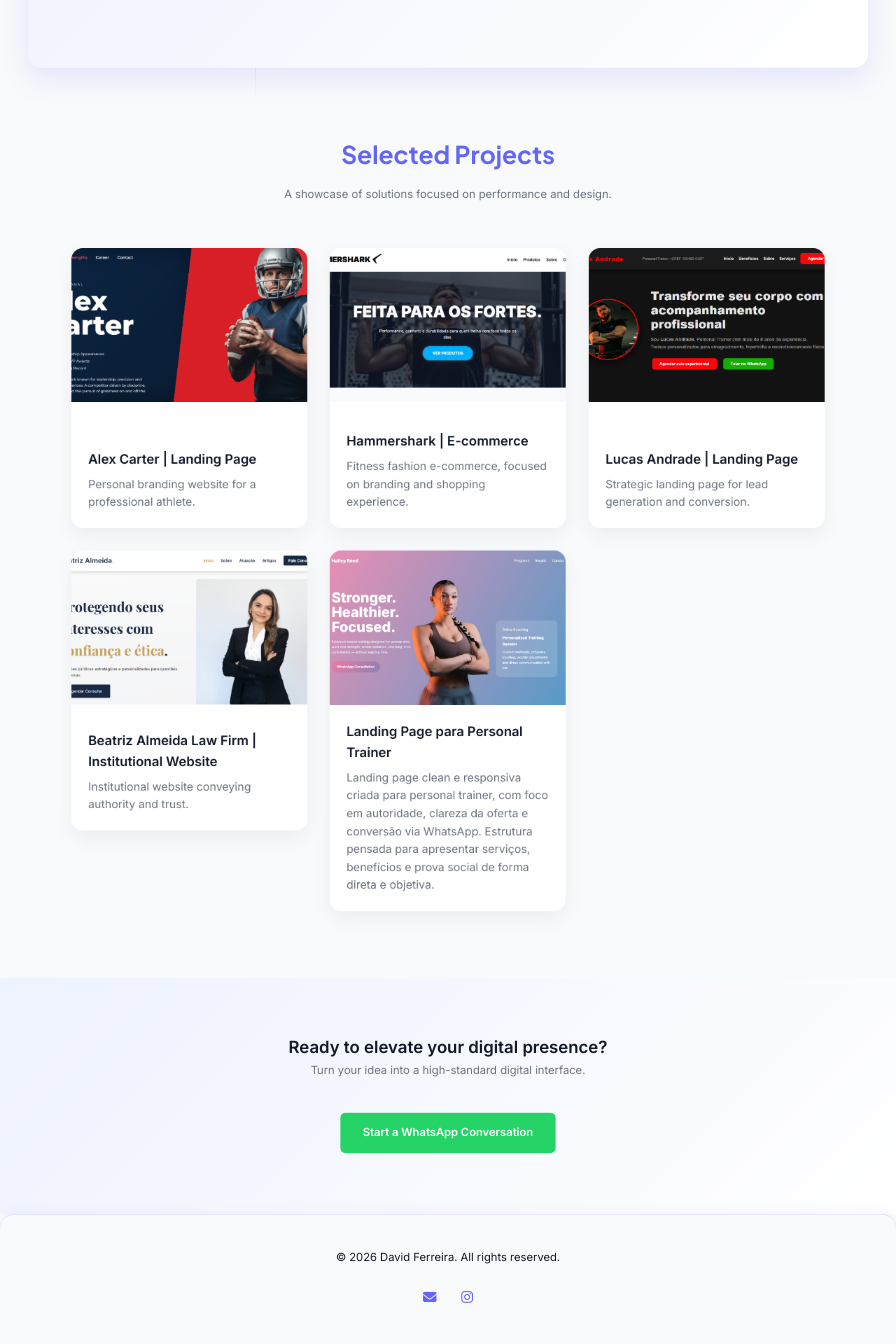
Repository: davidfsillva/portifolio
Page: index.html
These files come from the project's save history. The page is drawn as it stood at one moment and after the next save; the edit follows.
The browser window is 1280 px wide. The pictures show the part of the page from y = 1128 to 3048 px (the page is 3048 px tall), at 70% of full size.

Above is the page before, as saved 2026-02-13 13:20:29.
Console error: TypeError: Cannot read properties of null (reading 'addEventListener')

### index.html
<!DOCTYPE html>
<html lang="en">
<head>
    <meta charset="UTF-8">
    <meta name="viewport" content="width=device-width, initial-scale=1.0">

    <title>David Ferreira | Front-end Developer & Premium UI Designer</title>

    <!-- Primary SEO -->
    <meta name="description" content="David Ferreira is a front-end developer specialized in premium interfaces, high-conversion landing pages, and modern digital experiences.">
    <meta name="keywords" content="Front-end Developer, Web Designer, UI Designer, Landing Page, Web Development, Freelancer Brazil">
    <meta name="author" content="David Ferreira">
    <meta name="robots" content="index, follow">
    <link rel="canonical" href="https://yourdomain.com/">

    <!-- Open Graph (Facebook, LinkedIn) -->
    <meta property="og:title" content="David Ferreira | Premium Front-end Developer">
    <meta property="og:description" content="High-standard digital interfaces focused on performance and conversion.">
    <meta property="og:image" content="https://yourdomain.com/preview.jpg">
    <meta property="og:url" content="https://yourdomain.com/">
    <meta property="og:type" content="website">

    <!-- Twitter Card -->
    <meta name="twitter:card" content="summary_large_image">
    <meta name="twitter:title" content="David Ferreira | Web Developer">
    <meta name="twitter:description" content="Premium web development focused on performance and modern design.">
    <meta name="twitter:image" content="https://yourdomain.com/preview.jpg">

    <!-- Favicon -->
    <link rel="icon" href="favicon.ico" type="image/x-icon">

    <!-- Fonts -->
    <link href="https://fonts.googleapis.com/css2?family=Inter:wght@300;400;600&family=Plus+Jakarta+Sans:wght@700;800&display=swap" rel="stylesheet">

    <!-- Font Awesome -->
    <link rel="stylesheet" href="https://cdnjs.cloudflare.com/ajax/libs/font-awesome/6.5.0/css/all.min.css" integrity="sha512-..." crossorigin="anonymous" referrerpolicy="no-referrer" />

    <link rel="stylesheet" href="style.css">
</head>

<body>

    <!-- NAVBAR -->
    <nav class="navbar">
        <div class="logo"><a href="#">David | Web Developer<span>.</span></a></div>

        <ul class="nav-links">
            <li><a href="#about">About</a></li>
            <li><a href="#portfolio">Projects</a></li>
            <li><a href="#contact" class="btn-sm">Contact</a></li>
        </ul>
    </nav>

    <!-- HERO -->
    <section class="hero">
        <div class="hero-content">
            <h1>Creating high-level digital <span> with code experiences</span></h1>
            <p>Front-end developer specialized in high-standard interfaces and landing pages focused on results.</p>
            <div class="hero-btns">
                <a href="#portfolio" class="btn-primary">See Projects</a>
                <a href="#contact" class="btn-secondary">Let's Talk</a>
            </div>
        </div>
        <div class="hero-visual">
            <div class="hero-glow"></div>
        </div>
    </section>

    <!-- ABOUT -->
    <section id="about" class="section">
        <h2>About Me</h2>
        <p>I'm David Ferreira, a Front-end developer focused on creating modern, functional websites with premium interfaces. I work with HTML, CSS, JavaScript, and React, prioritizing performance, design, and user experience.</p>
        <p>My goal is to help businesses and professionals stand out digitally through websites that convey trust and deliver real results.</p>
    </section>

    <!-- PORTFOLIO -->
    <section id="portfolio" class="portfolio">
        <div class="section-header">
            <h2>Selected Projects</h2>
            <p>A showcase of solutions focused on performance and design.</p>
        </div>
        <div class="portfolio-grid">
            <!-- Project 1 -->
            <a href="https://davidfsillva.github.io/Alex-Carter/" target="_blank" class="project-link">
                <div class="project-card">
                    <div class="card-image">
                        <img src="img/alex.png" alt="Alex Carter Project">
                        <div class="card-overlay"><span>View Details</span></div>
                    </div>
                    <div class="card-info">
                        <h3>Alex Carter | Landing Page</h3>
                        <p>Personal branding website for a professional athlete.</p>
                    </div>
                </div>
            </a>

            <!-- Project 2 -->
            <a href="https://davidfsillva.github.io/e-hammershark/" target="_blank" class="project-link">
                <div class="project-card">
                    <div class="card-image">
                        <img src="img/ecomerce.png" alt="Hammershark Project">
                        <div class="card-overlay"><span>View Details</span></div>
                    </div>
                    <div class="card-info">
                        <h3>Hammershark | E-commerce</h3>
                        <p>Fitness fashion e-commerce, focused on branding and shopping experience.</p>
                    </div>
                </div>
            </a>

            <!-- Project 3 -->
            <a href="https://davidfsillva.github.io/landing-page/" target="_blank" class="project-link">
                <div class="project-card">
                    <div class="card-image">
                        <img src="img/landingpage.png" alt="Landing Page Project">
                        <div class="card-overlay"><span>View Details</span></div>
                    </div>
                    <div class="card-info">
                        <h3>Lucas Andrade | Landing Page</h3>
                        <p>Strategic landing page for lead generation and conversion.</p>
                    </div>
                </div>
            </a>

            <!-- Project 4 -->
            <a href="https://davidfsillva.github.io/beatriz-almeida-adv/" target="_blank" class="project-link">
                <div class="project-card">
                    <div class="card-image">
                        <img src="img/adv.png" alt="Beatriz Almeida Law Firm Project">
                        <div class="card-overlay"><span>View Details</span></div>
                    </div>
                    <div class="card-info">
                        <h3>Beatriz Almeida Law Firm | Institutional Website</h3>
                        <p>Institutional website conveying authority and trust.</p>
                    </div>
                </div>
            </a>

                        <!-- Project 5 -->
            <a href="https://davidfsillva.github.io/Hailey-Reed-Coaching/" target="_blank" class="project-link">
                <div class="project-card">
                    <div class="card-image">
                        <img src="img/Hailey.png" alt="Beatriz Almeida Law Firm Project">
                        <div class="card-overlay"><span>View Details</span></div>
                    </div>
                    <div class="card-info">
                        <h3>Landing Page para Personal Trainer</h3>
                        <p>Landing page clean e responsiva criada para personal trainer, com foco em autoridade, clareza da oferta e conversão via WhatsApp. Estrutura pensada para apresentar serviços, benefícios e prova social de forma direta e objetiva.</p>
                    </div>
                </div>
            </a>
        </div>
    </section>

    <!-- CTA / CONTACT -->
    <section id="contact" class="cta-section">
        <h2>Ready to elevate your digital presence?</h2>
        <p>Turn your idea into a high-standard digital interface.</p>
        <a href="https://wa.me/5511990242453" target="_blank" class="btn-whatsapp">Start a WhatsApp Conversation</a>
    </section>

    <!-- FOOTER -->
    <footer>
        <div class="footer-content">
            <p>&copy; 2026 David Ferreira. All rights reserved.</p>
            <div class="social-links">
                <a href="mailto:davidfsillva@icloud.com" target="_blank" rel="noopener noreferrer"><i class="fa-solid fa-envelope"></i></a>
                <a href="https://www.instagram.com/david_websites?igsh=MWdmZWJ3MW80N3JsNQ==" target="_blank" rel="noopener noreferrer"><i class="fa-brands fa-instagram"></i></a>
            </div>
        </div>
    </footer>

    <script src="scripts.js"></script>
</body>
</html>

### style.css
:root {
  --primary: #6366f1;
  --primary-light: #818cf8;
  --accent: #a855f7;
  --text-dark: #111827;
  --text-light: #6b7280;
  --bg-light: #f9fafb;
  --white: #ffffff;
  --transition: all 0.3s ease;
}

/* RESET */
* {
  margin: 0;
  padding: 0;
  box-sizing: border-box;
}

html {
  scroll-behavior: smooth;   /* já tinha */
  scroll-padding-top: 70px; /* ajuste esse valor para altura da navbar */
}


body {
  font-family: 'Inter', sans-serif;
  background: var(--bg-light);
  color: var(--text-dark);
  line-height: 1.6;
  animation: fadePage 0.8s ease-in-out;
}

@keyframes fadePage {
  from { opacity: 0; transform: translateY(10px); }
  to { opacity: 1; transform: translateY(0); }
}

/* NAVBAR */
.navbar {
  position: fixed;
  width: 100%;
  top: 0;
  padding: 1.5rem 8%;
  display: flex;
  justify-content: space-between;
  align-items: center;
  background: rgba(255,255,255,0.85);
  backdrop-filter: blur(12px);
  box-shadow: 0 4px 20px rgba(0,0,0,0.05);
  z-index: 1000;
  transition: var(--transition);
}

.logo {
  font-family: 'Plus Jakarta Sans', sans-serif;
  font-weight: 800;
  font-size: 1.5rem;
}

.logo a {
  text-decoration: none;   /* remove o sublinhado */
  color: var(--text-dark); /* cor principal da logo */
  font-weight: 800;
  font-size: 1.5rem;
}

.logo a span {
  color: var(--primary);   /* deixa apenas o ponto colorido */
}


.logo span {
  color: var(--primary);
}

.nav-links {
  display: flex;
  list-style: none;
  gap: 2rem;
}

.nav-links a {
  text-decoration: none;
  color: var(--text-light);
  font-weight: 500;
  transition: var(--transition);
}

.nav-links a:hover {
  color: var(--primary);
  transform: translateY(-2px);
}

/* HERO */
.hero {
  min-height: 100vh;
  padding: 120px 8% 80px; /* aumentei de 60px para 80px */
  display: flex;
  align-items: center;
  justify-content: space-between;
  background: linear-gradient(135deg, #eef2ff, #ffffff);
  flex-wrap: wrap;
}

.hero-content {
  max-width: 600px;
  animation: heroFade 1s ease 0.2s both;
}

@keyframes heroFade {
  from { opacity: 0; transform: translateY(40px); }
  to { opacity: 1; transform: translateY(0); }
}

.badge {
  display: inline-block;
  padding: 0.5rem 1rem;
  background: rgba(99,102,241,0.1);
  color: var(--primary);
  border-radius: 20px;
  font-size: 0.8rem;
  font-weight: 600;
  margin-bottom: 1.5rem;
}

.hero h1 {
  font-family: 'Plus Jakarta Sans', sans-serif;
  font-size: clamp(2rem, 5vw, 3.5rem);
  line-height: 1.2;
  margin-bottom: 1.5rem;
}

.hero h1 span {
  background: linear-gradient(90deg, var(--primary), var(--accent));
  -webkit-background-clip: text;
  -webkit-text-fill-color: transparent;
}

.hero p {
  font-size: 1.1rem;
  color: var(--text-light);
  margin-bottom: 2rem;
}

/* BUTTONS */
.btn-primary,
.btn-secondary,
.btn-whatsapp {
  display: inline-block;
  padding: 0.9rem 2rem;
  border-radius: 8px;
  text-decoration: none;
  font-weight: 600;
  transition: all 0.3s ease;
  position: relative;
  overflow: hidden;
}

.btn-primary {
  background: linear-gradient(90deg, var(--primary), var(--accent));
  color: white;
  box-shadow: 0 10px 25px rgba(99,102,241,0.3);
}

.btn-primary:hover {
  transform: translateY(-4px) scale(1.03);
}

.btn-primary:active {
  transform: scale(0.96);
}

.btn-primary::after {
  content: "";
  position: absolute;
  width: 200%;
  height: 200%;
  background: radial-gradient(circle, rgba(255,255,255,0.4), transparent 60%);
  top: -50%;
  left: -50%;
  opacity: 0;
  transition: opacity 0.4s ease;
}

.btn-primary:hover::after {
  opacity: 1;
}

.btn-secondary {
  border: 1px solid #e5e7eb;
  color: var(--text-dark);
  margin-left: 1rem;
  box-shadow: 0 5px 25px rgba(99,102,241,0.3);

}

.btn-secondary:hover {
  background: #f3f4f6;
  transform: translateY(-4px);
}

.btn-secondary:active {
  transform: scale(0.96);
}

.btn-whatsapp {
  background: linear-gradient(90deg, #25d366, #1ebe57);
  color: white;
  padding: 1rem 2rem;
  border-radius: 8px;
  font-weight: 600;
  transition: var(--transition);
}

.btn-whatsapp:hover {
  transform: translateY(-3px) scale(1.03);
  box-shadow: 0 8px 20px rgba(37,211,102,0.4);
}

.btn-whatsapp:active {
  transform: scale(0.96);
}

.hero-btns {
  display: flex;
  flex-wrap: wrap;
}

#about {
  text-align: center;
  max-width: 1200px;
  margin: 4rem auto 0; /* adiciona mais distância do Hero */
  padding: 6rem 8%;
  background: linear-gradient(135deg, #eef2ff 0%, #ffffff 100%);
  border-radius: 20px;
  box-shadow: 0 15px 40px rgba(99,102,241,0.15);
  position: relative;
  overflow: hidden;
}

#about::before {
  content: "";
  position: absolute;
  width: 200px;
  height: 200px;
  background: radial-gradient(circle, rgba(163,155,253,0.2), transparent 70%);
  top: -50px;
  right: -50px;
  border-radius: 50%;
  z-index: 0;
  animation: pulseGlow 6s infinite ease-in-out;
}

#about h2 {
  font-family: 'Plus Jakarta Sans', sans-serif;
  font-size: clamp(2rem, 4vw, 2.5rem);
  margin-bottom: 2rem;
  position: relative;
  z-index: 1;
  background: linear-gradient(90deg, var(--primary), var(--accent));
  -webkit-background-clip: text;
  -webkit-text-fill-color: transparent;
}

#about p {
  font-size: 1.05rem;
  line-height: 1.9;
  color: var(--text-dark);
  margin-bottom: 1.8rem;
  position: relative;
  z-index: 1;
  opacity: 0;
  transform: translateY(20px);
  animation: fadeUp 1s forwards;
  animation-delay: 0.3s;
}

/* Animação suave */
@keyframes fadeUp {
  to {
    opacity: 1;
    transform: translateY(0);
  }
}



/* HERO VISUAL */
.hero-visual {
  flex: 1;
  min-height: 400px;
  display: flex;
  justify-content: center;
  align-items: center;
}

.hero-glow {
  width: 380px;
  height: 380px;
  background: url('img/dashboard.png') no-repeat center center;
  background-size: contain;
  animation: float-rotate 8s ease-in-out infinite;
}

@keyframes float-rotate {
  0%   { transform: translateY(0px) rotate(0deg); }
  50%  { transform: translateY(-10px) rotate(3deg); }
  100% { transform: translateY(0px) rotate(0deg); }
}

/* PORTFOLIO */
.portfolio {
  padding: 6rem 8%;
}

.section-header {
  text-align: center;
  margin-bottom: 4rem;
}

.section-header h2 {
  font-family: 'Plus Jakarta Sans', sans-serif;
  font-size: 2.2rem;
  margin-bottom: 1rem;
  color: var(--primary)
}

.section-header p {
  color: var(--text-light);
}

.portfolio-grid {
  display: grid;
  grid-template-columns: repeat(auto-fit, minmax(280px, 1fr));
  gap: 2rem;
}

.project-card {
  display: flex;
  flex-direction: column;
  justify-content: space-between; /* força a separação entre imagem e texto */
  background: var(--white);
  border-radius: 16px;
  overflow: hidden;
  box-shadow: 0 10px 30px rgba(0,0,0,0.06);
  cursor: pointer;
  transition: transform 0.4s ease, box-shadow 0.4s ease;
  will-change: transform;

  min-height: 400px; /* define altura mínima igual para todos */
}


.project-card:hover {
  transform: translateY(-12px) scale(1.03);
  box-shadow: 0 25px 50px rgba(99,102,241,0.2);
}

.card-image {
  position: relative;
  overflow: hidden;
}

.card-image img {
  width: 100%;
  height: 220px;
  object-fit: cover;
  display: block;
  transition: transform 0.6s ease;
}

.project-card:hover .card-image img {
  transform: scale(1.08);
}

.card-overlay {
  position: absolute;
  inset: 0;
  background: rgba(99,102,241,0.8);
  display: flex;
  justify-content: center;
  align-items: center;
  color: white;
  font-weight: 600;
  opacity: 0;
  transition: opacity 0.4s ease;
}

.project-card:hover .card-overlay {
  opacity: 1;
}

.card-info {
  padding: 1.5rem;
}

.card-info h3 {
  margin-bottom: 0.5rem;
}

.card-info p {
  color: var(--text-light);
}

.project-link {
  text-decoration: none;
  color: inherit;
  display: block;
}


/* CTA */
.cta-section {
  padding: 5rem 8%;
  text-align: center;
  background: linear-gradient(135deg, #eef2ff, #ffffff);
}

/* FOOTER */
footer {
  padding: 3rem 5%;
  background:; /* leve gradiente */
  border-top: 1px solid rgba(99,102,241,0.2); /* linha discreta */
  text-align: center;
  border-radius: 20px 20px 0 0;
  box-shadow: 0 -4px 20px rgba(99,102,241,0.05);
}

.footer-content {
  display: flex;
  flex-direction: column;
  align-items: center;
  gap: 1.5rem; /* aumenta espaço entre elementos */
}

.footer-content p {
  color: var(--text-dark);
  font-weight: 450;
  font-size: 1rem;
}

.social-links {
  display: flex;
  gap: 1rem; /* distância entre ícones */
}

.social-links a {
  color: var(--primary);
  padding: 0.6rem;
  border-radius: 30%; /* círculo perfeito */
  font-size: 1.2rem;
  display: flex;
  justify-content: center;
  align-items: center;
  transition: all 0.3s ease;
  text-decoration: none;
}

.social-links a:hover {
  transform: translateY(-3px) scale(1.1);
  color: var(--primary);
}


.cta-section p {
  color: var(--text-light);
  margin-bottom: 2.5rem; /* aumenta espaço abaixo do texto */
}

.btn-whatsapp {
  display: inline-block;
  background: #25d366;
  color: white;
  padding: 1rem 2rem;
  border-radius: 8px;
  text-decoration: none;
  font-weight: 600;
  transition: var(--transition);
  margin-top: 0.5rem; /* pequeno respiro extra */
}


/* MODAL */
.modal-overlay {
  position: fixed;
  inset: 0;
  background: rgba(0,0,0,0.6);
  display: none;
  justify-content: center;
  align-items: center;
  padding: 2rem;
  z-index: 2000;
}

.modal-content {
  background: white;
  width: 100%;
  max-width: 900px;
  border-radius: 20px;
  overflow: hidden;
  animation: modalZoom 0.4s cubic-bezier(.23,1,.32,1);
  position: relative;
}

@keyframes modalZoom {
  from { opacity: 0; transform: scale(0.85) translateY(20px); }
  to { opacity: 1; transform: scale(1) translateY(0); }
}

.modal-body {
  display: grid;
  grid-template-columns: 1fr 1fr;
}

.modal-img {
  min-height: 300px;
  background-size: cover !important;
}

.modal-text {
  padding: 2rem;
}

.close-modal {
  position: absolute;
  top: 20px;
  right: 25px;
  background: none;
  border: none;
  font-size: 2rem;
  cursor: pointer;
  transition: transform 0.3s ease;
}

.close-modal:hover {
  transform: rotate(90deg);
}

/* RESPONSIVO */
/* =====================
   RESPONSIVIDADE
===================== */

/* Para telas até 900px */
@media (max-width: 900px) {
  html, body {
    overflow-x: hidden; /* remove rolagem lateral */
  }

  .hero {
    flex-direction: column;
    text-align: center;
    padding: 100px 5% 60px; /* garante espaçamento interno */
    width: 100%; /* força largura total */
  }

  .hero-left,
  .hero-right,
  .hero-visual {
    width: 100%;
    max-width: 100%;
    margin: 0 auto; /* centraliza horizontalmente */
  }

  .hero-btns {
    display: flex;
    justify-content: center;
    align-items: center;
    gap: 1rem;
    flex-wrap: wrap;
    margin: 0 auto;
  }

  .hero-btns a {
    margin: 0; /* remove margens extras que possam deslocar os botões */
  }

  .portfolio,
  .cta-section {
    padding: 4rem 5%;
    width: 100%;
    max-width: 100%;
    margin: 0 auto;
  }
}

/* Para telas até 600px */
@media (max-width: 600px) {
  html, body {
    overflow-x: hidden; /* garante sem scroll lateral */
  }

  .navbar {
    padding: 1rem 5%;
    width: 100%;
    max-width: 100%;
    margin: 0 auto;
  }

  .nav-links {
    display: none;
  }

  .hero {
    padding: 80px 5% 40px;
    width: 100%;
  }

  .hero-btns {
    justify-content: center;
    gap: 1rem;
    flex-wrap: wrap;
  }

  .portfolio,
  .cta-section {
    padding: 3rem 5%;
  }

  footer {
    padding: 2rem 5%;
    width: 100%;
  }

  .footer-content {
    flex-direction: column;
    text-align: center;
    width: 100%;
  }

  .social-links a {
    margin: 0 0.5rem;
  }

  /* imagens e vídeos dentro do hero */
  .hero img,
  .hero video {
    max-width: 100%;
    height: auto;
    display: block;
    margin: 0 auto;
  }
}

### scripts.js
// =============================
// NAVBAR SCROLL EFFECT
// =============================
const navbar = document.querySelector(".navbar");

window.addEventListener("scroll", () => {
  if (window.scrollY > 50) {
    navbar.style.padding = "1rem 8%";
    navbar.style.boxShadow = "0 8px 25px rgba(0,0,0,0.08)";
  } else {
    navbar.style.padding = "1.5rem 8%";
    navbar.style.boxShadow = "0 4px 20px rgba(0,0,0,0.05)";
  }
});

// =============================
// MODAL FUNCTIONALITY
// =============================
const modal = document.querySelector(".modal-overlay");
const modalImg = document.querySelector(".modal-img");
const modalTitle = document.querySelector(".modal-text h3");
const modalDesc = document.querySelector(".modal-text p");
const closeModal = document.querySelector(".close-modal");

const projectCards = document.querySelectorAll(".project-card");

projectCards.forEach(card => {
  card.addEventListener("click", () => {
    const title = card.querySelector("h3").innerText;
    const desc = card.querySelector("p").innerText;
    const img = card.querySelector("img").src;

    modalTitle.innerText = title;
    modalDesc.innerText = desc;
    modalImg.style.backgroundImage = `url(${img})`;

    modal.style.display = "flex";
    document.body.style.overflow = "hidden";
  });
});

// Fechar modal
closeModal.addEventListener("click", () => {
  modal.style.display = "none";
  document.body.style.overflow = "auto";
});

// Fechar clicando fora
modal.addEventListener("click", (e) => {
  if (e.target === modal) {
    modal.style.display = "none";
    document.body.style.overflow = "auto";
  }
});

// Fechar com ESC
document.addEventListener("keydown", (e) => {
  if (e.key === "Escape") {
    modal.style.display = "none";
    document.body.style.overflow = "auto";
  }
});

// =============================
// SCROLL REVEAL ANIMATION
// =============================
const revealElements = document.querySelectorAll(
  ".hero-content, .project-card, .section-header, .cta-section"
);

const observer = new IntersectionObserver(
  (entries) => {
    entries.forEach(entry => {
      if (entry.isIntersecting) {
        entry.target.style.opacity = "1";
        entry.target.style.transform = "translateY(0)";
      }
    });
  },
  { threshold: 0.2 }
);

revealElements.forEach(el => {
  el.style.opacity = "0";
  el.style.transform = "translateY(40px)";
  el.style.transition = "all 0.8s ease";
  observer.observe(el);
});

// =============================
// BUTTON MICRO INTERACTION
// =============================
const buttons = document.querySelectorAll(".btn-primary, .btn-secondary, .btn-whatsapp");

buttons.forEach(btn => {
  btn.addEventListener("mouseenter", () => {
    btn.style.transform = "scale(1.05)";
  });

  btn.addEventListener("mouseleave", () => {
    btn.style.transform = "scale(1)";
  });
});

After the next save:
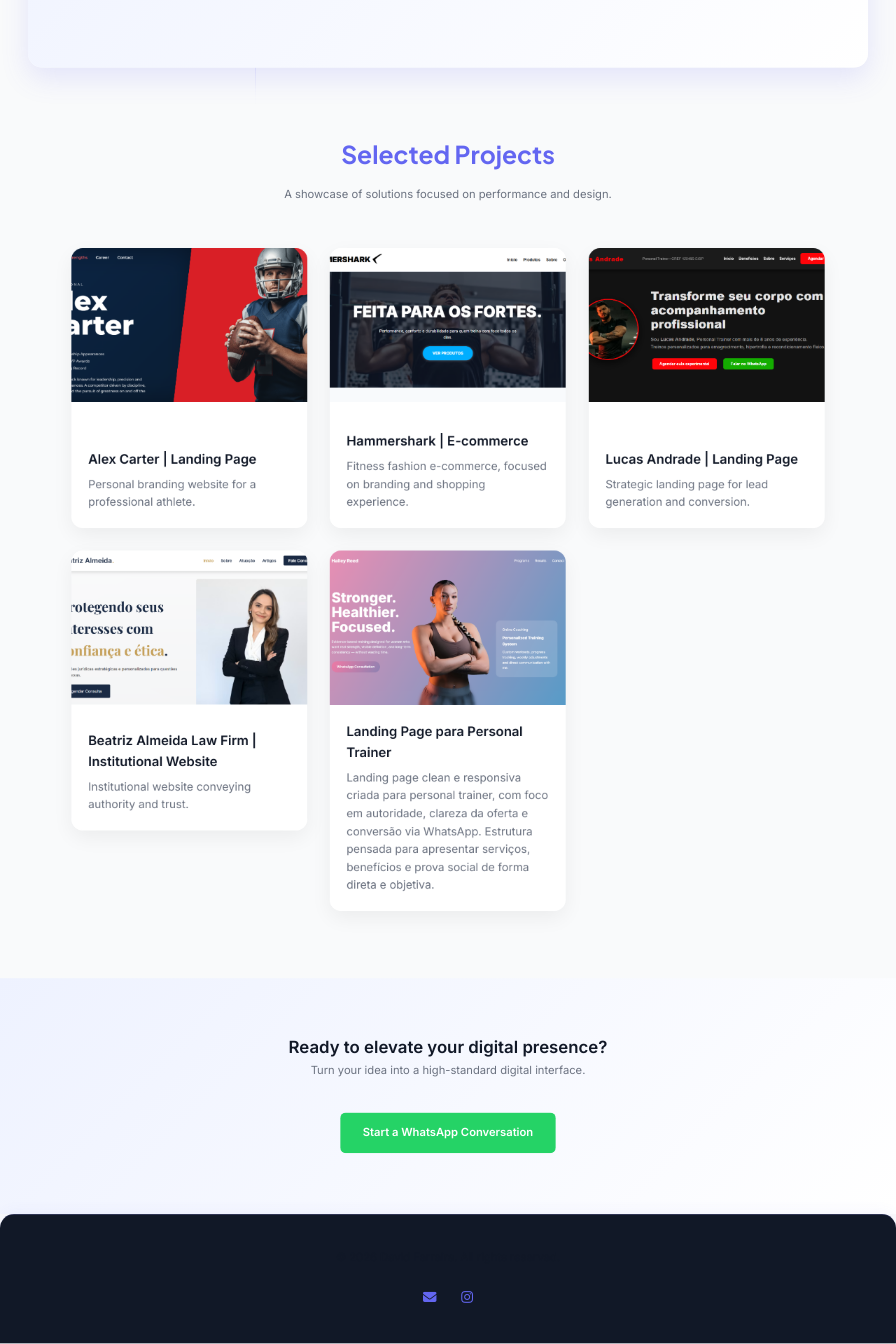
Saved 4 s later.
--- a/style.css
+++ b/style.css
@@ -419,7 +419,7 @@ body {
 /* FOOTER */
 footer {
   padding: 3rem 5%;
-  background:; /* leve gradiente */
+  background:#111827; /* leve gradiente */
   border-top: 1px solid rgba(99,102,241,0.2); /* linha discreta */
   text-align: center;
   border-radius: 20px 20px 0 0;
